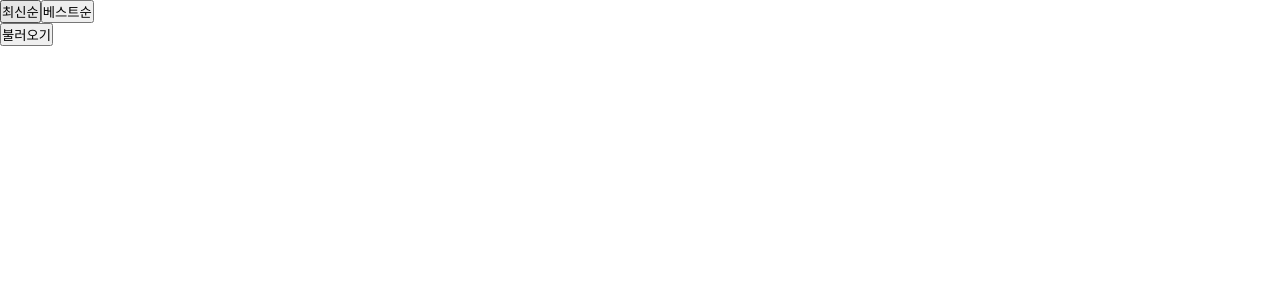
Repository: songjiwon17/React_study_movie
Page: /
These files come from the project's save history. The page is drawn as it stood at one moment and after the next save; the edit follows.
The browser window is 1280 px wide. The pictures show the whole page.
The project was rebuilt for these pictures with package versions that can differ from the ones it lists, and the page was loaded fresh each time.

Above is the page before, as saved 2023-09-21 18:09:03.

### public/index.html
<!DOCTYPE html>
<html lang="ko">
    <head>
        <meta charset="UTF-8">
        <title>movie_pedia</title>
    </head>
    <body>
        <div id="root"></div>
    </body>
</html>

### src/index.js
import React from 'react';
import ReactDOM from 'react-dom/client';
import App from '../src/components/App';

const root = ReactDOM.createRoot(document.getElementById('root'));
root.render(
  <React.StrictMode>
    <App />
  </React.StrictMode>
);

### src/components/App.js
import { getReviews } from "../api";
import ReviewList from "./ReviewList";
import { useState } from "react";

function App(){
    const [items, setItems] = useState([]); //

    const [order, setOrder] = useState('createdAt');
    const sortedItems = items.sort((a,b)=>b[order] - a[order]);

    const handleNewestClick = () => setOrder('createdAt');
    const handleBestClick = () => setOrder('rating');

    const handleDelete = (id)=>{ //id를 파라미터로 받아옴 //해당아이디를 가진 요소를 filter를 통해서 걸러낸다.
        const nextItems = items.filter((item)=>item.id !== id); //!== -> 같지 않으면 true 반환
        setItems(nextItems);
    }

    const handleLoadClick = async () => {
        const { reviews } = await getReviews();
        setItems(reviews);
    }

    return (
        <div>
            <div>
                <button onClick={handleNewestClick}>최신순</button>
                <button onClick={handleBestClick}>베스트순</button>
            </div>
            <ReviewList items={sortedItems} onDelete={handleDelete}/>
            <button onClick={handleLoadClick}>불러오기</button>
        </div>
    )
}
export default App;

### src/api.js
export async function getReviews(){
    const response = await fetch('https://learn.codeit.kr/0633/film-reviews/')
    const body = await response.json();
    return body;
}

### src/components/ReviewList.js
import './ReviewList.css';

function formatDate(value){
    const date = new Date(value);
    return `${date.getFullYear()}. ${date.getMonth() + 1}. ${date.getDate()}`
}

function ReviewListItem({item, onDelete}){ //
    const handleDeleteClick = ()=>onDelete(item.id);

    return(
        <div className="ReviewListItem">
            <img className="ReviewListItem-img" src={item.imgUrl} alt={item.title}/>
            <div>
                <h1>{item.title}</h1>
                <p>{item.rating}</p>
                <p>{formatDate(item.createdAt)}</p>
                <p>{item.content}</p>
                <button onClick={handleDeleteClick}>삭제</button>
            </div>
        </div>
    )
}

function ReviewList({items, onDelete}){
    return (
        <ul>
        {items.map((item)=>{
        return (
            <li key={item.id}>
                <ReviewListItem item={item} onDelete={onDelete}/>
            </li>
        );
        })}
        </ul>
    );
}
export default ReviewList;

### src/components/ReviewList.css
@charset "utf-8";

*{padding: 0; margin: 0;}
a{text-decoration: none;}
ul{list-style: none;}
img{border: none;}

/* ReviewList */
.ReviewListItem{
    display: flex;
    padding: 10px; align-items: center;
}
.ReviewListItem-img{
    width: 200px; height: 300px; object-fit: cover;
    margin-right: 20px;
}

After the next save:
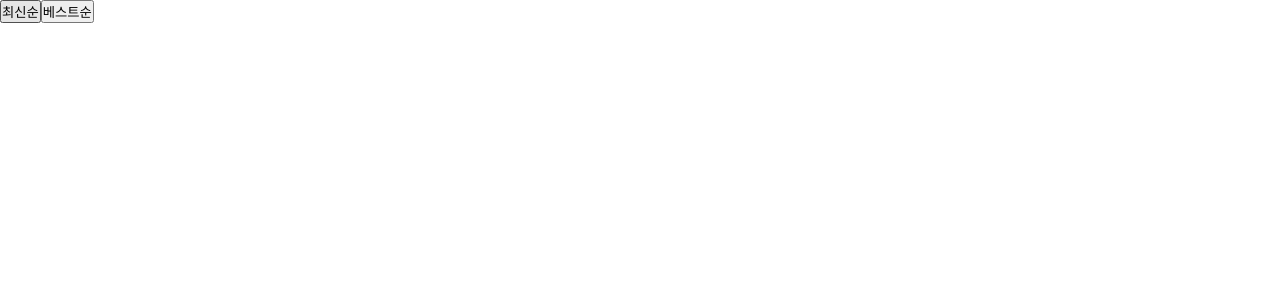
Saved 42 min 0 s later.
--- a/src/components/App.js
+++ b/src/components/App.js
@@ -16,7 +16,7 @@ function App(){
         setItems(nextItems);
     }
 
-    const handleLoadClick = async () => {
+    const handleLoad = async () => {
         const { reviews } = await getReviews();
         setItems(reviews);
     }
@@ -28,7 +28,6 @@ function App(){
                 <button onClick={handleBestClick}>베스트순</button>
             </div>
             <ReviewList items={sortedItems} onDelete={handleDelete}/>
-            <button onClick={handleLoadClick}>불러오기</button>
         </div>
     )
 }
